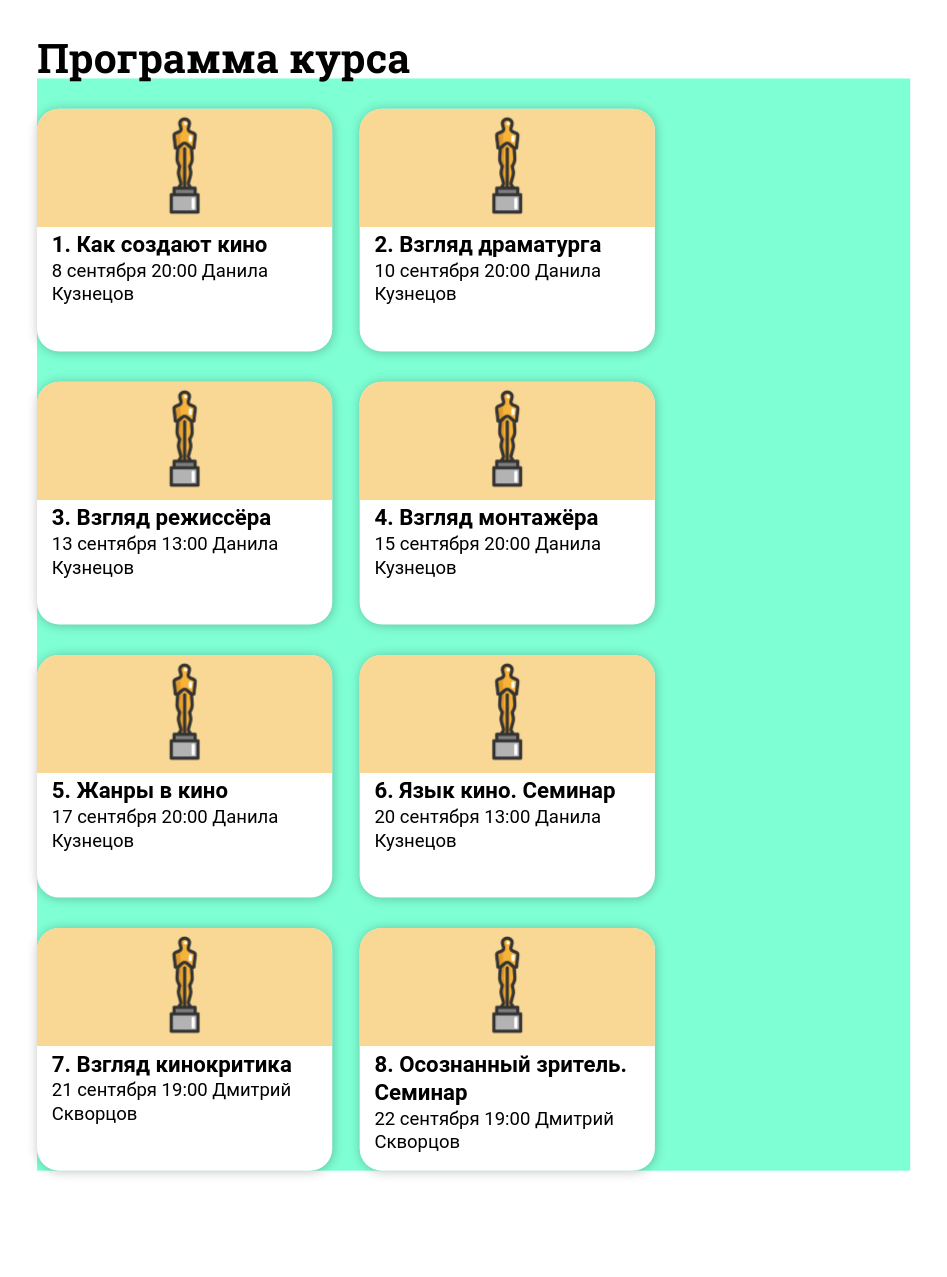
Repository: MehdiKerimov/Figma-task-18
Page: pages/homePage/index.html
The author's editor kept a copy of each file at every save. The page is drawn from the files as they stood at one save, then again after the next save.
The browser window is 1280 px wide. The pictures show the whole page, at 74% of full size.
The style sheet was rebuilt from its Sass, Less or Tailwind sources for each picture, by a compiler version that may differ from the author's.

Above is the page before, as saved 2023-11-28 10:29:35.

### pages/homePage/index.html
<!DOCTYPE html>
<html lang="en">
  <head>
    <meta charset="UTF-8" />
    <meta name="viewport" content="width=device-width, initial-scale=1.0" />
    <title>Document</title>
    <link rel="stylesheet" href="../../assets/css/reset.css" />
    <link rel="stylesheet" href="index.css" />
  </head>
  <body>
    <div class="container">
      <h1>Программа курса</h1>
      <ul>
        <li>
          <svg
            xmlns="http://www.w3.org/2000/svg"
            xmlns:xlink="http://www.w3.org/1999/xlink"
            width="399"
            height="160"
            viewBox="0 0 399 160"
            fill="none"
          >
            <path
              d="M0 30C0 13.4315 13.4315 0 30 0H369C385.569 0 399 13.4315 399 30V160H0V30Z"
              fill="url(#pattern0)"
            />
            <defs>
              <pattern
                id="pattern0"
                patternContentUnits="objectBoundingBox"
                width="1"
                height="1"
              >
                <use
                  xlink:href="#image0_1_117"
                  transform="matrix(0.000833333 0 0 0.00207813 0 -0.214596)"
                />
              </pattern>
              <image
                id="image0_1_117"
                width="1200"
                height="800"
                xlink:href="data:[embedded picture, 68827 characters]"
              />
            </defs>
          </svg>
          <h2>1. Как создают кино</h2>
          <p>8 сентября 20:00 Данила Кузнецов</p>
        </li>
        <li>
          <svg
            xmlns="http://www.w3.org/2000/svg"
            xmlns:xlink="http://www.w3.org/1999/xlink"
            width="399"
            height="160"
            viewBox="0 0 399 160"
            fill="none"
          >
            <path
              d="M0 30C0 13.4315 13.4315 0 30 0H369C385.569 0 399 13.4315 399 30V160H0V30Z"
              fill="url(#pattern0)"
            />
            <defs>
              <pattern
                id="pattern0"
                patternContentUnits="objectBoundingBox"
                width="1"
                height="1"
              >
                <use
                  xlink:href="#image0_1_129"
                  transform="matrix(0.000833333 0 0 0.00207813 0 -0.214596)"
                />
              </pattern>
              <image
                id="image0_1_129"
                width="1200"
                height="800"
                xlink:href="data:[embedded picture, 106779 characters]"
              />
            </defs>
          </svg>
          <h2>2. Взгляд драматурга</h2>
          <p>10 сентября 20:00 Данила Кузнецов</p>
        </li>
        <li>
          <svg
            xmlns="http://www.w3.org/2000/svg"
            xmlns:xlink="http://www.w3.org/1999/xlink"
            width="399"
            height="160"
            viewBox="0 0 399 160"
            fill="none"
          >
            <path
              d="M0 30C0 13.4315 13.4315 0 30 0H369C385.569 0 399 13.4315 399 30V160H0V30Z"
              fill="url(#pattern0)"
            />
            <defs>
              <pattern
                id="pattern0"
                patternContentUnits="objectBoundingBox"
                width="1"
                height="1"
              >
                <use
                  xlink:href="#image0_1_133"
                  transform="matrix(0.000833333 0 0 0.00207813 0 -0.214596)"
                />
              </pattern>
              <image
                id="image0_1_133"
                width="1200"
                height="800"
                xlink:href="data:[embedded picture, 57403 characters]"
              />
            </defs>
          </svg>
          <h2>3. Взгляд режиссёра</h2>
          <p>13 сентября 13:00 Данила Кузнецов</p>
        </li>
        <li>
          <svg
            xmlns="http://www.w3.org/2000/svg"
            xmlns:xlink="http://www.w3.org/1999/xlink"
            width="399"
            height="160"
            viewBox="0 0 399 160"
            fill="none"
          >
            <path
              d="M0 30C0 13.4315 13.4315 0 30 0H369C385.569 0 399 13.4315 399 30V160H0V30Z"
              fill="url(#pattern0)"
            />
            <defs>
              <pattern
                id="pattern0"
                patternContentUnits="objectBoundingBox"
                width="1"
                height="1"
              >
                <use
                  xlink:href="#image0_1_144"
                  transform="matrix(0.000833333 0 0 0.00207813 0 -0.214596)"
                />
              </pattern>
              <image
                id="image0_1_144"
                width="1200"
                height="800"
                xlink:href="data:[embedded picture, 49903 characters]"
              />
            </defs>
          </svg>
          <h2>4. Взгляд монтажёра</h2>
          <p>15 сентября 20:00 Данила Кузнецов</p>
        </li>
        <li>
          <svg
            xmlns="http://www.w3.org/2000/svg"
            xmlns:xlink="http://www.w3.org/1999/xlink"
            width="399"
            height="160"
            viewBox="0 0 399 160"
            fill="none"
          >
            <path
              d="M0 30C0 13.4315 13.4315 0 30 0H369C385.569 0 399 13.4315 399 30V160H0V30Z"
              fill="url(#pattern0)"
            />
            <defs>
              <pattern
                id="pattern0"
                patternContentUnits="objectBoundingBox"
                width="1"
                height="1"
              >
                <use
                  xlink:href="#image0_1_145"
                  transform="matrix(0.000833333 0 0 0.00207813 0 -0.214596)"
                />
              </pattern>
              <image
                id="image0_1_145"
                width="1200"
                height="800"
                xlink:href="data:[embedded picture, 90219 characters]"
              />
            </defs>
          </svg>
          <h2>5. Жанры в кино</h2>
          <p>17 сентября 20:00 Данила Кузнецов</p>
        </li>
        <li>
          <svg
            xmlns="http://www.w3.org/2000/svg"
            xmlns:xlink="http://www.w3.org/1999/xlink"
            width="399"
            height="160"
            viewBox="0 0 399 160"
            fill="none"
          >
            <path
              d="M0 30C0 13.4315 13.4315 0 30 0H369C385.569 0 399 13.4315 399 30V160H0V30Z"
              fill="url(#pattern0)"
            />
            <defs>
              <pattern
                id="pattern0"
                patternContentUnits="objectBoundingBox"
                width="1"
                height="1"
              >
                <use
                  xlink:href="#image0_1_146"
                  transform="matrix(0.000833333 0 0 0.00207813 0 -0.214596)"
                />
              </pattern>
              <image
                id="image0_1_146"
                width="1200"
                height="800"
                xlink:href="data:[embedded picture, 74483 characters]"
              />
            </defs>
          </svg>
          <h2>6. Язык кино. Семинар</h2>
          <p>20 сентября 13:00 Данила Кузнецов</p>
        </li>
        <li>
          <svg
            xmlns="http://www.w3.org/2000/svg"
            xmlns:xlink="http://www.w3.org/1999/xlink"
            width="399"
            height="160"
            viewBox="0 0 399 160"
            fill="none"
          >
            <path
              d="M0 30C0 13.4315 13.4315 0 30 0H369C385.569 0 399 13.4315 399 30V160H0V30Z"
              fill="url(#pattern0)"
            />
            <defs>
              <pattern
                id="pattern0"
                patternContentUnits="objectBoundingBox"
                width="1"
                height="1"
              >
                <use
                  xlink:href="#image0_1_146"
                  transform="matrix(0.000833333 0 0 0.00207813 0 -0.214596)"
                />
              </pattern>
              <image
                id="image0_1_146"
                width="1200"
                height="800"
                xlink:href="data:[embedded picture, 74483 characters]"
              />
            </defs>
          </svg>
          <h2>7. Взгляд кинокритика</h2>
          <p>21 сентября 19:00 Дмитрий Скворцов</p>
        </li>
        <li>
          <svg
            xmlns="http://www.w3.org/2000/svg"
            xmlns:xlink="http://www.w3.org/1999/xlink"
            width="399"
            height="160"
            viewBox="0 0 399 160"
            fill="none"
          >
            <path
              d="M0 30C0 13.4315 13.4315 0 30 0H369C385.569 0 399 13.4315 399 30V160H0V30Z"
              fill="url(#pattern0)"
            />
            <defs>
              <pattern
                id="pattern0"
                patternContentUnits="objectBoundingBox"
                width="1"
                height="1"
              >
                <use
                  xlink:href="#image0_1_146"
                  transform="matrix(0.000833333 0 0 0.00207813 0 -0.214596)"
                />
              </pattern>
              <image
                id="image0_1_146"
                width="1200"
                height="800"
                xlink:href="data:[embedded picture, 74483 characters]"
              />
            </defs>
          </svg>
          <h2>8. Осознанный зритель. Семинар</h2>
          <p>22 сентября 19:00 Дмитрий Скворцов</p>
        </li>
      </ul>
    </div>
  </body>
</html>

### assets/css/reset.css
*{
    margin: 0;
    padding: 0;
    box-sizing: border-box;
}
li{
 list-style-type: none;
}

### pages/homePage/index.scss
@import url('https://fonts.googleapis.com/css2?family=Roboto+Slab:wght@400;700&display=swap');

.container {
    background: #FFF;
    padding: 50px 50px 144px 50px;
    min-height: 100vh;

    h1 {
        color: #000;
        font-family: Roboto Slab;
        font-size: 55px;
        font-style: normal;
        font-weight: 700;
        line-height: 101.385%;
    }

    ul {
        display: flex;
        /* justify-content: space-between; */
        flex-wrap: wrap;
        background-color: aquamarine;

        li {

            margin-top: 41px;
            list-style-type: none;
            margin-right: 37px;
            width: 399px;
            height: 328px;
            border-radius: 30px;
            background: #FFF;
            box-shadow: 1px 1px 15px 0px rgba(0, 0, 0, 0.25);

            svg {
                width: 100%;

            }

            h2 {
                margin-left: 20px;
                /* width: 365px; */
                color: #000;
                font-family: Roboto;
                font-size: 30px;
                font-style: normal;
                font-weight: 700;
                line-height: 130%;
            }

            p {
                /* width: 365px; */
                margin-left: 20px;
                color: #000;
                font-family: Roboto;
                font-size: 25px;
                font-style: normal;
                font-weight: 400;
                line-height: 130%;
            }
        }
    }
}

After the next save:
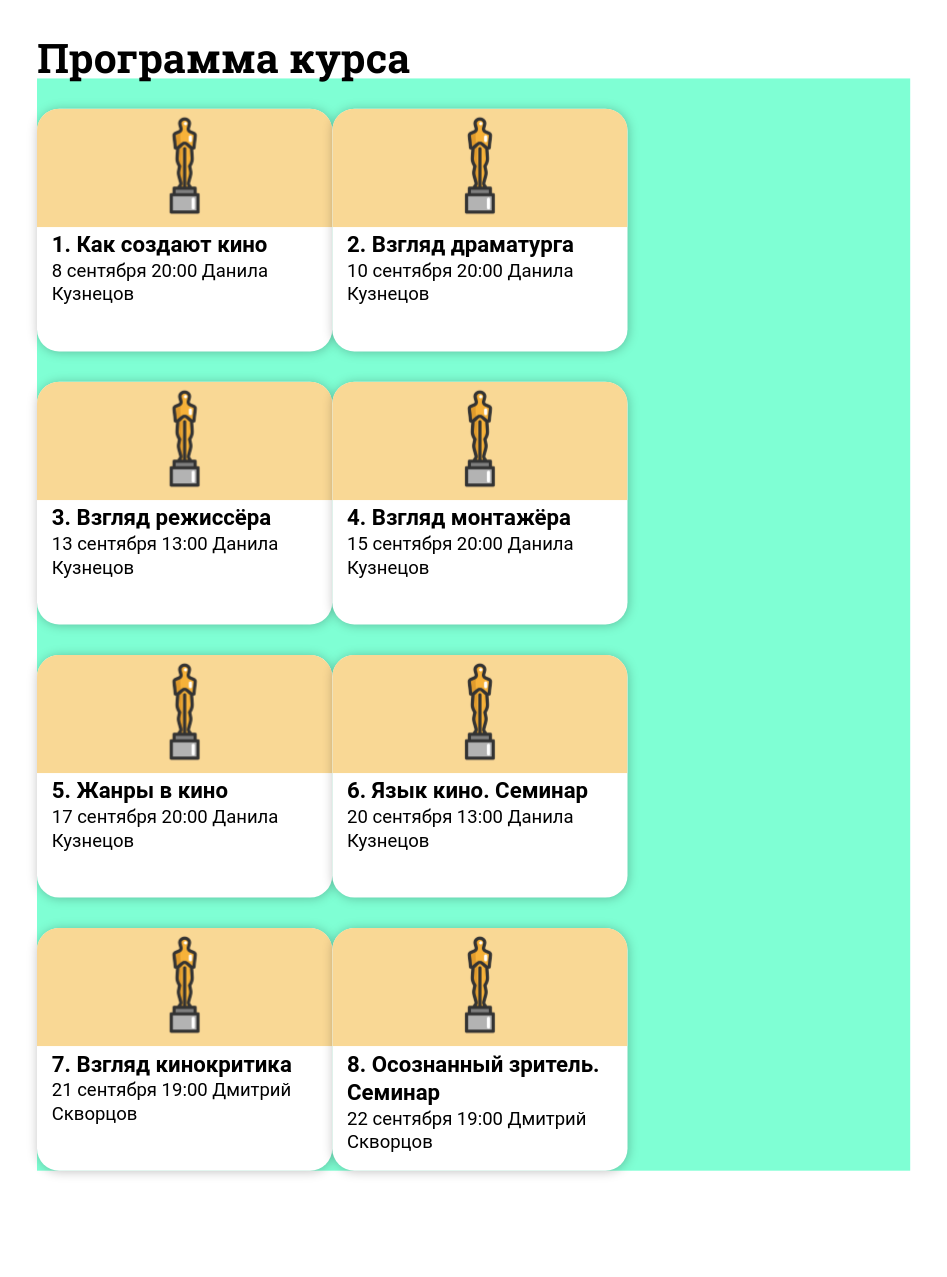
Saved 12 s later.
--- a/pages/homePage/index.scss
+++ b/pages/homePage/index.scss
@@ -24,7 +24,7 @@
 
             margin-top: 41px;
             list-style-type: none;
-            margin-right: 37px;
+            /* margin-right: 37px; */
             width: 399px;
             height: 328px;
             border-radius: 30px;
